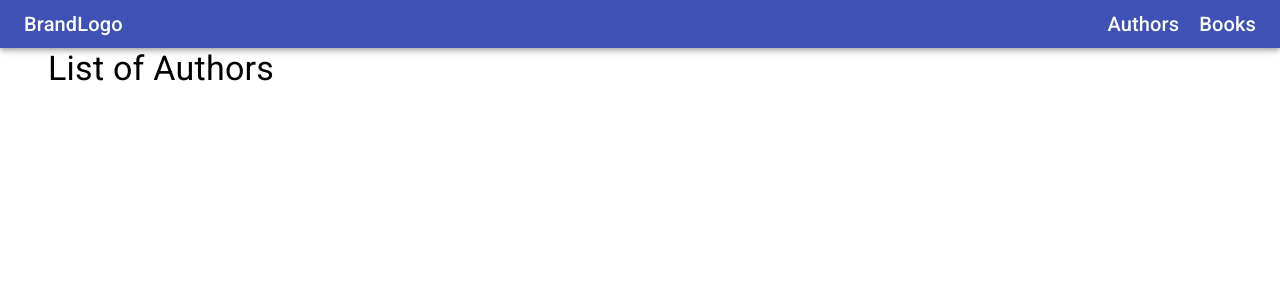
Repository: Sociophuck/00007494
Page: /authors (app in front/)
The author's editor kept a copy of each file at every save. The page is drawn from the files as they stood at one save, then again after the next save.
The browser window is 1280 px wide. The pictures show the whole page.
The page's requests for data from a server got no answer. The project was rebuilt for these pictures with package versions that can differ from the ones it lists, and the page was loaded fresh each time. No one was signed in, and anything a server would have sent is missing. Also part of the build but not shown: front/src/Book.js, front/src/Home.js, front/src/AuthorDetails.js.

Above is the page before, as saved 2021-04-04 15:04:08.

After the next save:
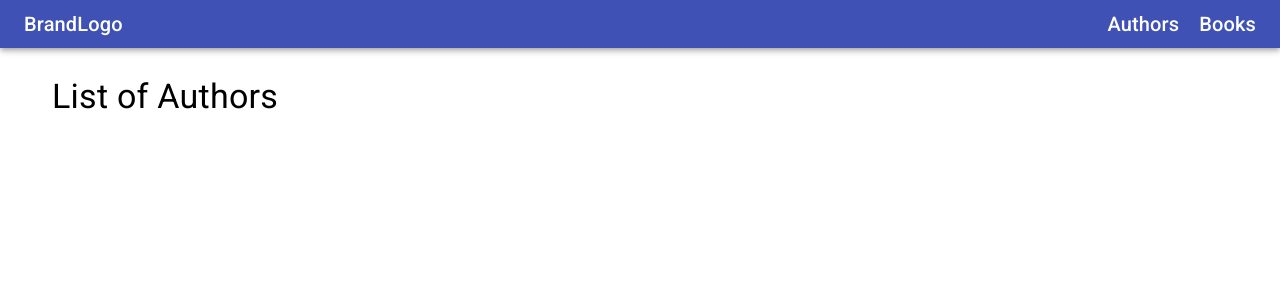
Saved 29 s later.
--- a/front/src/App.js
+++ b/front/src/App.js
@@ -5,14 +5,13 @@ import Book from "./Book";
 import Home from "./Home";
 import NavBar from "./NavBar";
 import AuthorDetails from "./AuthorDetails";
-import { Container } from "@material-ui/core";
 
 function App() {
   return (
     <Router>
       <div className="App">
         <NavBar />
-        <Container>
+        <div className="mainBody">
           <Switch>
             <Route exact path="/">
               <Home />
@@ -27,7 +26,7 @@ function App() {
               <Book />
             </Route>
           </Switch>
-        </Container>
+        </div>
       </div>
     </Router>
   );
